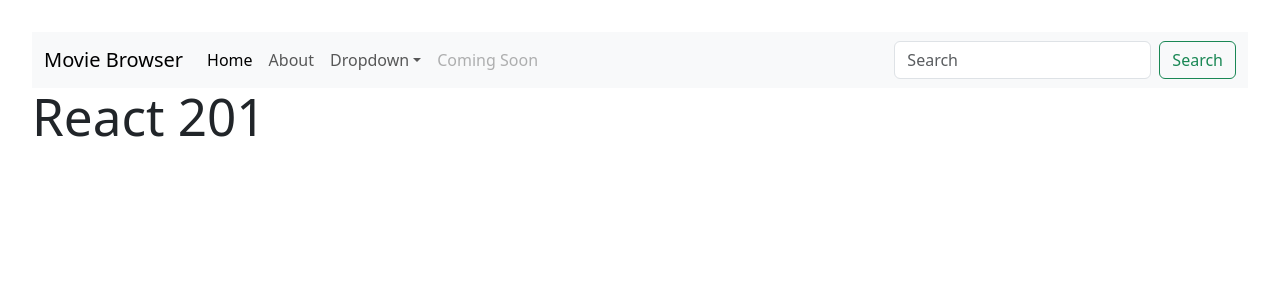
Repository: blordeus/movie-search-browser
Page: / (app in movie-browser/)
An editor plug-in stored every save of this project. The page is shown before and after the next save, followed by the edit.
The browser window is 1280 px wide. The pictures show the whole page.
The project was rebuilt for these pictures with package versions that can differ from the ones it lists, and the page was loaded fresh each time. Also part of the build but not shown: movie-browser/vite.config.js, movie-browser/src/components/About.jsx.

Above is the page before, as saved 2023-09-03 14:45:38.

After the next save:
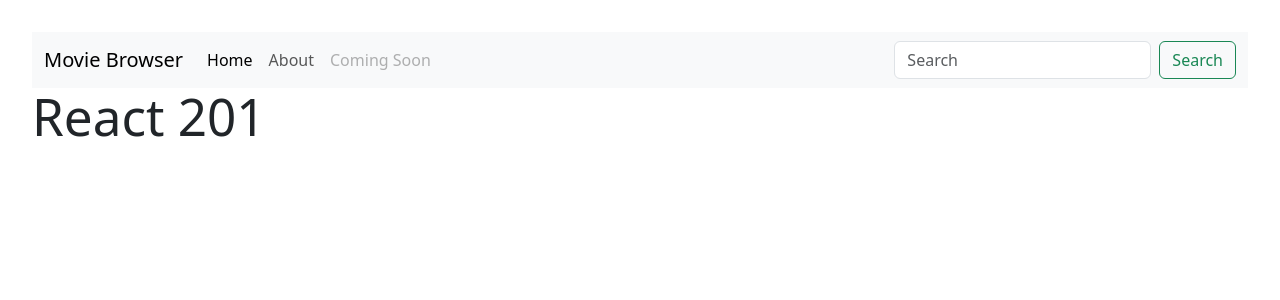
Saved 8 s later.
--- a/movie-browser/src/components/Navbar.jsx
+++ b/movie-browser/src/components/Navbar.jsx
@@ -14,17 +14,6 @@
           <li className="nav-item">
             <Link className="nav-link" to="/about">About</Link>
           </li>
-          <li className="nav-item dropdown">
-            <Link className="nav-link dropdown-toggle" to="gosomewhere.html" role="button" data-bs-toggle="dropdown" aria-expanded="false">
-              Dropdown
-            </Link>
-            <ul className="dropdown-menu">
-              <li><Link className="dropdown-item" to="gosomewhere.html">Action</Link></li>
-              <li><Link className="dropdown-item" to="gosomewhere.html">Another action</Link></li>
-              <li><hr className="dropdown-divider"/></li>
-              <li><Link className="dropdown-item" to="/">CS</Link></li>
-            </ul>
-          </li>
           <li className="nav-item">
             <Link className="nav-link disabled" aria-disabled="true">Coming Soon</Link>
           </li>
